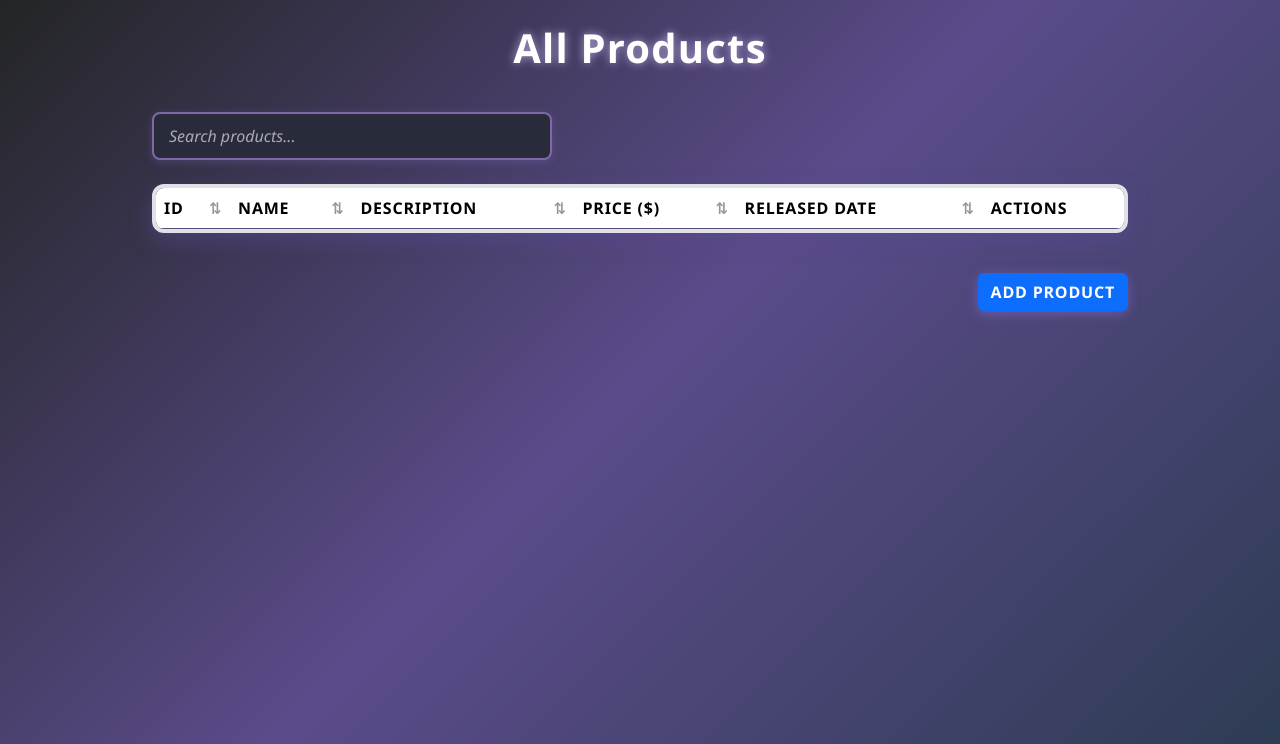
Repository: shyamoracle/training_case_study
Page: pmsagain/pmsitis/src/main/resources/webapp/index.html
The author's editor kept a copy of each file at every save. The page is drawn from the files as they stood at one save, then again after the next save.
The browser window is 1280 px wide. The pictures show the whole page.
The page's requests for data from a server got no answer.

Above is the page before, as saved 2025-09-19 04:41:44.

### pmsagain/pmsitis/src/main/resources/webapp/index.html
<!DOCTYPE html>
<html lang="en">
<head>
  <meta charset="UTF-8" />
  <title>Product List</title>
  <link href="https://cdn.jsdelivr.net/npm/bootstrap@5.3.2/dist/css/bootstrap.min.css" rel="stylesheet" />
  <style>
    /* Body & typography */
    body {
      background: linear-gradient(135deg, #232526, #5b4b8a, #2e3c54);
      color: #e0e0e0;
      font-family: 'Segoe UI', Tahoma, Geneva, Verdana, sans-serif;
      min-height: 100vh;
      padding-bottom: 2rem;
    }

    /* Header */
    h1 {
      text-align: center;
      margin-bottom: 2.5rem;
      color: rgb(255, 255, 255)!important;
      font-weight: 700;
      letter-spacing: 1.2px;
      text-shadow: 0 0 10px rgba(216, 202, 255, 0.7);
    }

    /* Container tweaks */
    .container {
      max-width: 1000px;
    }
    #searchInput {
  width: 100%;
  max-width: 400px;
  padding: 10px 15px;
  margin-bottom: 1.5rem;
  border: 2px solid #7e68a6;  /* lavender border */
  border-radius: 8px;
  background-color: #282c3a;  /* matching table background */
  color: #e0e0e0;
  font-size: 1rem;
  box-shadow: 0 2px 8px rgba(125, 105, 200, 0.3);
  transition: border-color 0.3s ease, box-shadow 0.3s ease;
}

#searchInput::placeholder {
  color: #b0a6c0;
  font-style: italic;
}

#searchInput:focus {
  outline: none;
  border-color: #a593d1;  /* lighter lavender on focus */
  box-shadow: 0 0 8px 2px rgba(165, 147, 209, 0.7);
  background-color: #2e3150;
}


    /* Table styling */
    table {
      border-collapse: separate !important;
      border-spacing: 0;
      border-radius: 12px;
      overflow: hidden;
      border: 4px solid white;  /* thick white border */
      background-color: #282c3a;
      box-shadow: 0 8px 20px rgba(89, 74, 146, 0.5);
      transition: box-shadow 0.3s ease;
      width: 100%;
    }

    table:hover {
      box-shadow: 0 12px 30px rgba(89, 74, 146, 0.8);
    }

    thead th {
      background-color: #7e68a6;
      color: #fff;
      font-weight: 600;
      border-bottom: 3px solid #5a4d7a;
      padding: 14px 50px;
      letter-spacing: 0.05em;
      text-transform: uppercase;
      user-select: none;
    }

    tbody tr:hover {
      background-color: #3b3f58;
      cursor: pointer;
      transition: background-color 0.3s ease;
    }

    tbody td {
      border-top: 1px solid #5a4d7a;
      padding: 14px 50px;
      color: #cfcfe3;
      vertical-align: middle;
    }

    tbody tr:last-child td:first-child {
      border-bottom-left-radius: 12px;
    }

    tbody tr:last-child td:last-child {
      border-bottom-right-radius: 12px;
    }

    /* Action buttons in table */
    .btn-sm {
      padding: 0.25rem 0.5rem;
      font-size: 0.875rem;
    }

    /* Add Product button */
    .btn-add {
      margin-top: 1.5rem;
      margin-bottom: 1rem;
      float: right;
      box-shadow: 0 3px 12px rgba(125, 105, 200, 0.6);
      font-weight: 600;
      letter-spacing: 0.05em;
      text-transform: uppercase;
      transition: background-color 0.3s ease, box-shadow 0.3s ease;
    }

    .btn-add:hover {
      background-color: #6a54a2;
      box-shadow: 0 5px 15px rgba(125, 105, 200, 0.9);
    }
    th.sortable::after {
  content: ' ⇅';
  opacity: 0.4;
  float: right;
}

th.sortable.sorted-asc::after {
  content: ' ↑';
  opacity: 0.9;
}

th.sortable.sorted-desc::after {
  content: ' ↓';
  opacity: 0.9;
}


    /* Responsive adjustments */
    @media (max-width: 768px) {
      thead th, tbody td {
        padding: 10px 12px;
      }
      .btn-add {
        float: none;
        display: block;
        width: 100%;
        text-align: center;
      }
    }
  </style>
</head>
<body>
  <div class="container mt-4">
    <h1>All Products</h1>

    <input
  type="text"
  id="searchInput"
  placeholder="Search products..."
  aria-label="Search products"
/>

    <table class="table">
      <thead>
        <tr>
         <thead>
  <tr>
    <th data-column="productId" class="sortable">ID</th>
    <th data-column="productName" class="sortable">Name</th>
    <th data-column="productDescription" class="sortable">Description</th>
    <th data-column="productPrice" class="sortable">Price ($)</th>
    <th data-column="productReleasedOn" class="sortable">Released Date</th>
    <th>Actions</th>
  </tr>
</thead>

        </tr>
      </thead>
      <tbody id="productTableBody"></tbody>
    </table>

    <a href="add-product.html" class="btn btn-primary btn-add">Add Product</a>

  </div>

  <script src="js/api.js"></script>
  <script src="js/main.js"></script>
  <script src="js/search.js"></script>
  <script src="js/sort.js"></script>
</body>
</html>

### pmsagain/pmsitis/src/main/resources/webapp/js/api.js
const API_BASE = "http://localhost:8080/pmsapp/webapi/products";

async function getAllProducts() {
  const res = await fetch(`${API_BASE}/all`);
  return await res.json();
}

async function deleteProduct(id) {
  await fetch(`${API_BASE}/delete/${id}`, { method: "DELETE" });
}

async function addProduct(product) {
  return await fetch(`${API_BASE}/add`, {
    method: "POST",
    headers: { "Content-Type": "application/json" },
    body: JSON.stringify(product),
  });
}

async function getProduct(id) {
  const res = await fetch(`${API_BASE}/view?id=${id}`);
  return await res.json();
}

async function updateProduct(id, product) {
  return await fetch(`${API_BASE}/edit/${id}`, {
    method: "PUT",
    headers: { "Content-Type": "application/json" },
    body: JSON.stringify(product),
  });
}

### pmsagain/pmsitis/src/main/resources/webapp/js/main.js
document.addEventListener("DOMContentLoaded", async () => {
  const products = await getAllProducts();
  initSort(products, renderTable);
});

function renderTable(products) {
  const tableBody = document.getElementById("productTableBody");
  tableBody.innerHTML = ""; // Clear old rows

  products.forEach(product => {
    const row = document.createElement("tr");
    row.innerHTML = `
      <td>${product.productId}</td>
      <td>${product.productName}</td>
      <td>${product.productDescription}</td>
      <td>${product.productPrice}</td>
      <td>${product.productReleasedOn}</td>
      <td>
        <a href="edit-product.html?id=${product.productId}" class="btn btn-sm btn-primary">Edit</a>
        <button class="btn btn-sm btn-danger" onclick="deleteAndReload(${product.productId})">Delete</button>
      </td>`;
    tableBody.appendChild(row);
  });
}

async function deleteAndReload(id) {
  if (confirm("Are you sure you want to delete this product?")) {
    await deleteProduct(id);
    window.location.reload();
  }
}

### pmsagain/pmsitis/src/main/resources/webapp/js/search.js
// search.js
document.addEventListener('DOMContentLoaded', () => {
  const searchInput = document.getElementById('searchInput');
  const tableBody = document.getElementById('productTableBody');

  if (!searchInput || !tableBody) return; // safety check

  searchInput.addEventListener('input', () => {
    const filter = searchInput.value.toLowerCase();
    const rows = tableBody.getElementsByTagName('tr');

    for (let row of rows) {
      let text = '';
      for (let cell of row.cells) {
        text += cell.textContent.toLowerCase() + ' ';
      }
      row.style.display = text.includes(filter) ? '' : 'none';
    }
  });
});
/**
 *
 */

### pmsagain/pmsitis/src/main/resources/webapp/js/sort.js
let currentSort = { column: null, ascending: true };
let productsCache = [];

/**
 * Initializes sortable columns for the table.
 */
function initSort(products, renderCallback) {
  productsCache = products;
  renderCallback(products); // initial render

  document.querySelectorAll("th.sortable").forEach(th => {
    th.style.cursor = "pointer";

    th.addEventListener("click", () => {
      const column = th.dataset.column;

      if (currentSort.column === column) {
        currentSort.ascending = !currentSort.ascending;
      } else {
        currentSort.column = column;
        currentSort.ascending = true;
      }

      // Update sort indicator classes
      document.querySelectorAll("th.sortable").forEach(header => {
        header.classList.remove("sorted-asc", "sorted-desc");
      });
      th.classList.add(currentSort.ascending ? "sorted-asc" : "sorted-desc");

      const sorted = [...productsCache].sort((a, b) => {
        let valA = a[column];
        let valB = b[column];

        // Normalize values
        if (!isNaN(valA) && !isNaN(valB)) {
          valA = parseFloat(valA);
          valB = parseFloat(valB);
        } else if (isValidDate(valA) && isValidDate(valB)) {
          valA = new Date(valA);
          valB = new Date(valB);
        } else {
          valA = valA.toString().toLowerCase();
          valB = valB.toString().toLowerCase();
        }

        if (valA < valB) return currentSort.ascending ? -1 : 1;
        if (valA > valB) return currentSort.ascending ? 1 : -1;
        return 0;
      });

      renderCallback(sorted);
    });
  });
}

function isValidDate(val) {
  return !isNaN(Date.parse(val));
}

After the next save:
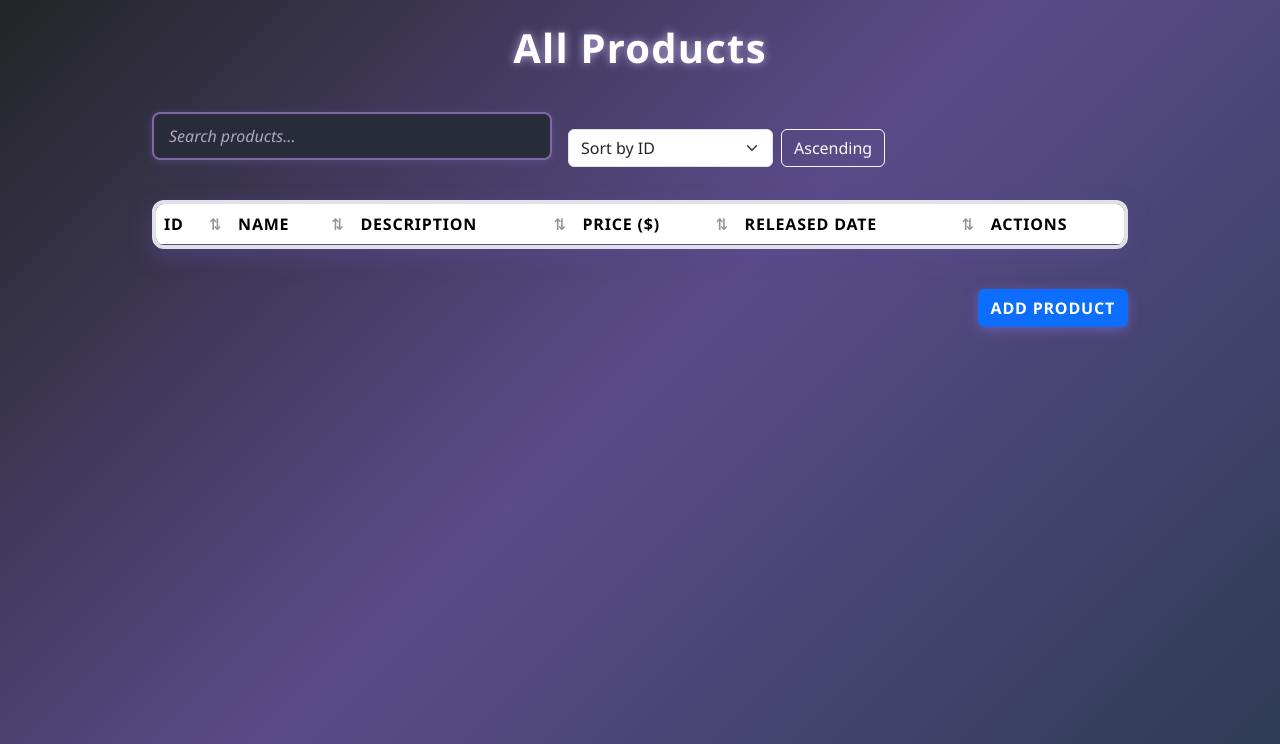
Saved 5 min 59 s later.
--- a/pmsagain/pmsitis/src/main/resources/webapp/index.html
+++ b/pmsagain/pmsitis/src/main/resources/webapp/index.html
@@ -161,12 +161,28 @@ th.sortable.sorted-desc::after {
   <div class="container mt-4">
     <h1>All Products</h1>
 
-    <input
-  type="text"
-  id="searchInput"
-  placeholder="Search products..."
-  aria-label="Search products"
-/>
+   <div class="d-flex flex-wrap align-items-center gap-3 mb-3">
+  <input
+    type="text"
+    id="searchInput"
+    placeholder="Search products..."
+    aria-label="Search products"
+    class="flex-grow-1"
+  />
+
+  <div class="d-flex gap-2">
+    <select id="sortSelect" class="form-select">
+      <option value="productId">Sort by ID</option>
+      <option value="productName">Sort by Name</option>
+      <option value="productDescription">Sort by Description</option>
+      <option value="productPrice">Sort by Price</option>
+      <option value="productReleasedOn">Sort by Release Date</option>
+    </select>
+
+    <button id="toggleOrderBtn" class="btn btn-outline-light">Ascending</button>
+  </div>
+</div>
+
 
     <table class="table">
       <thead>
